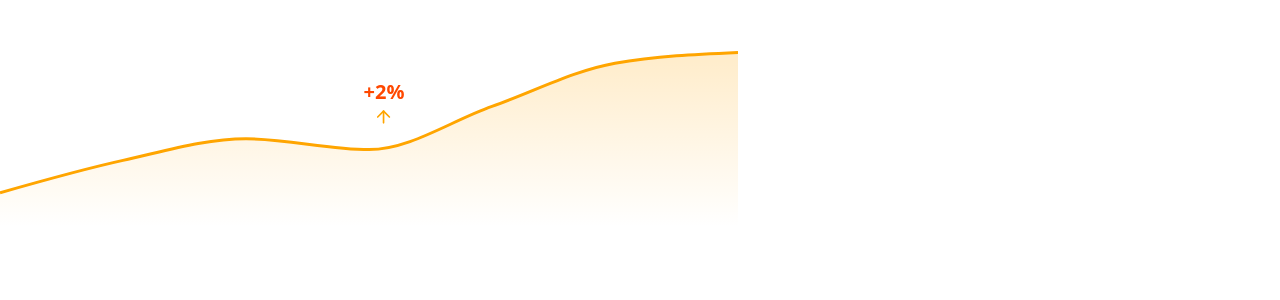
Repository: SharonSebastian32/reacharts
Page: /
An editor plug-in stored every save of this project. The page is shown before and after a run of saves, followed by the edit.
The browser window is 1280 px wide. The pictures show the whole page.
The project was rebuilt for these pictures with package versions that can differ from the ones it lists, and the page was loaded fresh each time. Also part of the build but not shown: vite.config.js.

Above is the page before, as saved 2025-03-20 23:00:08.

After the next 2 saves:
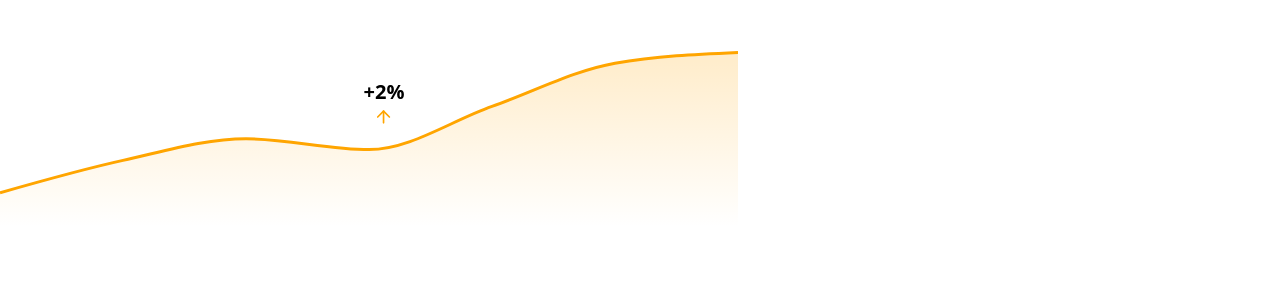
The 2 saves are shown as one change because they came seconds apart.
The last was saved 8 s later.
--- a/src/Components/CurveGraph.scss
+++ b/src/Components/CurveGraph.scss
@@ -1,5 +1,4 @@
-
-$green-400: rgb(255, 72, 0);
+$green-400: rgb(255, 64, 0) (255, 72, 0);
 $white: #ffffff;
 
 .growth-graph-container {
